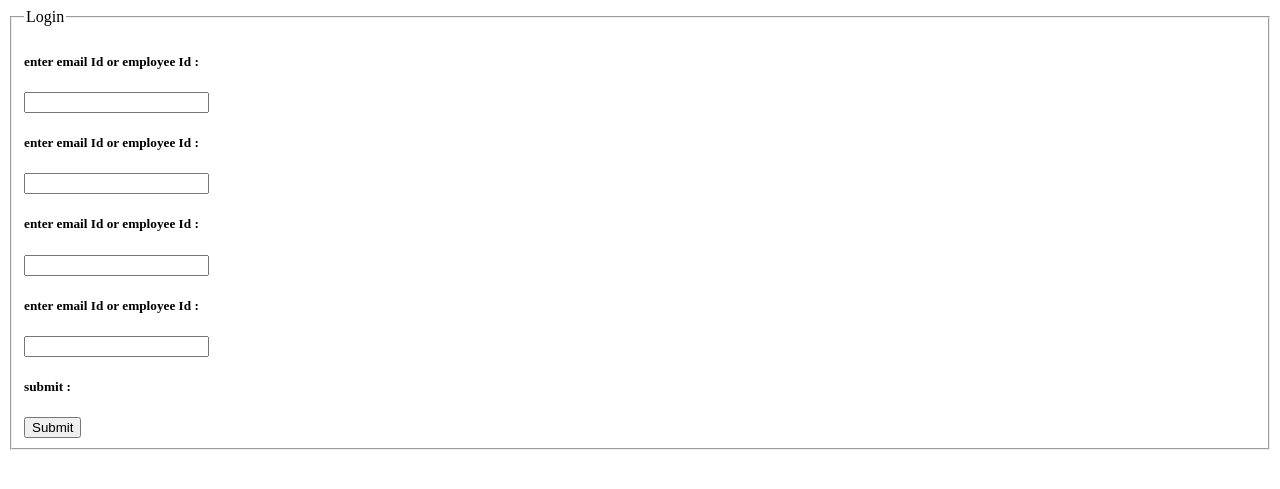
Repository: Tapaskrr/all-project
Page: http://localhost/check_check/WEB-INF/views/register.jsp
The author's editor kept a copy of each file at every save. The page is drawn from the files as they stood at one save, then again after the next save.
The browser window is 1280 px wide. The pictures show the whole page.
The page is served by Tomcat 9. Nobody is signed in. The template is opened directly, without the code that normally fills it, so the values that code supplies are empty.

Above is the page before, as saved 2022-10-23 16:56:16.

After the next save:
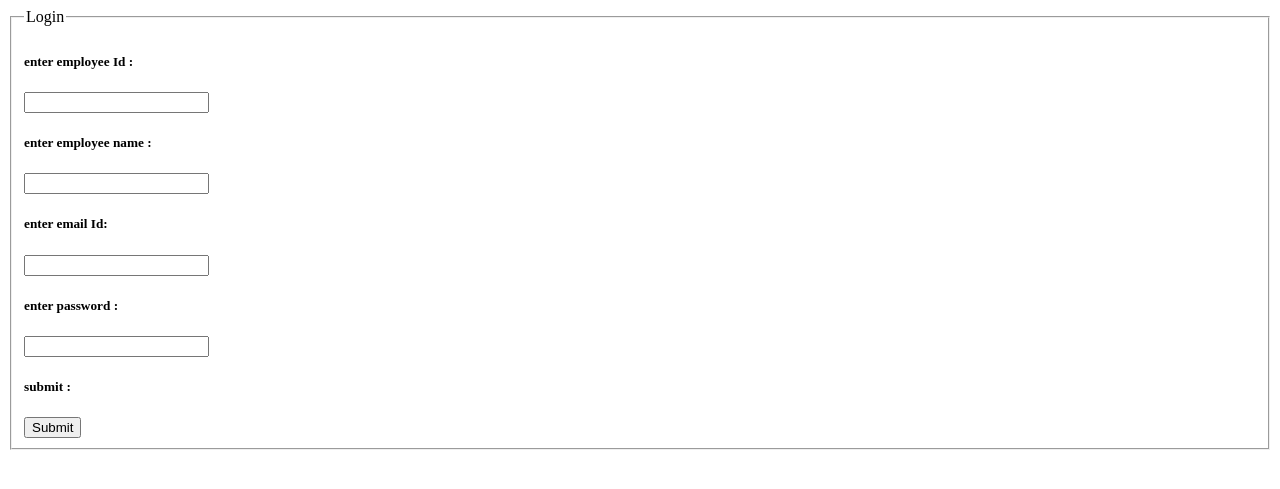
Saved 38 s later.
--- a/Eclipse New Workspace/check_check/src/main/webapp/WEB-INF/views/register.jsp
+++ b/Eclipse New Workspace/check_check/src/main/webapp/WEB-INF/views/register.jsp
@@ -12,16 +12,16 @@
 
 <form action="./registerPage">
 
-<h5>enter email Id or employee Id : </h5>
+<h5>enter employee Id : </h5>
 <input type="text" name="userId">
 
-<h5>enter email Id or employee Id : </h5>
+<h5>enter employee name : </h5>
 <input type="text" name="userName">
 
-<h5>enter email Id or employee Id : </h5>
+<h5>enter email Id: </h5>
 <input type="text" name="userEmailId">
 
-<h5>enter email Id or employee Id : </h5>
+<h5>enter password : </h5>
 <input type="text" name="userPwdId">
 
 <h5>submit : </h5>
